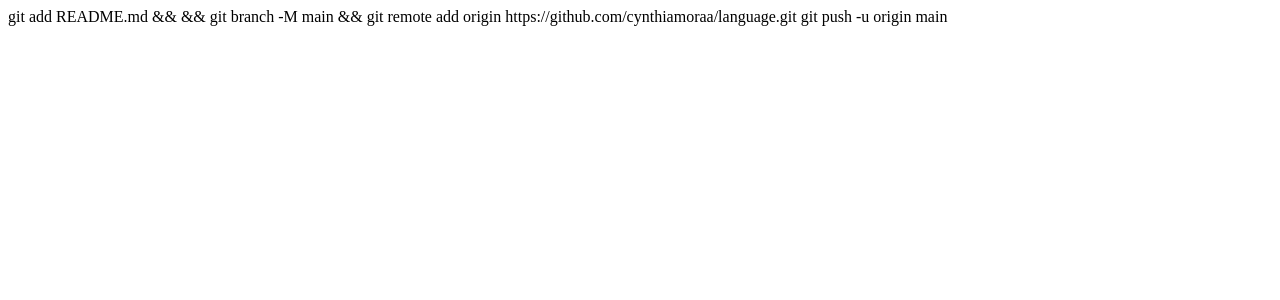
Repository: cynthiamoraa/language
Page: Flappy-Bird-Game/test.html
The author's editor kept a copy of each file at every save. The page is drawn from the files as they stood at one save, then again after the next save.
The browser window is 1280 px wide. The pictures show the whole page.

Above is the page before, as saved 2023-04-28 12:54:14.

After the next save:
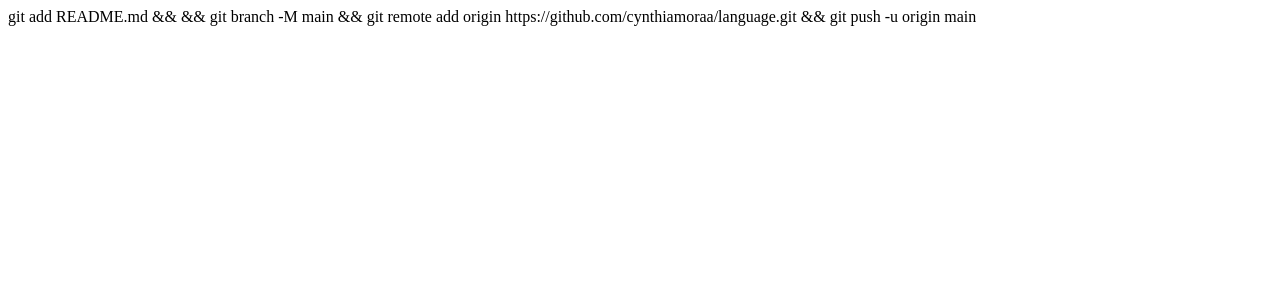
Saved 7 s later.
--- a/Flappy-Bird-Game/test.html
+++ b/Flappy-Bird-Game/test.html
@@ -1,2 +1 @@
-git add README.md  &&  && git branch -M main && git remote add origin https://github.com/cynthiamoraa/language.git
-git push -u origin main
+git add README.md  &&  && git branch -M main && git remote add origin https://github.com/cynthiamoraa/language.git && git push -u origin main
